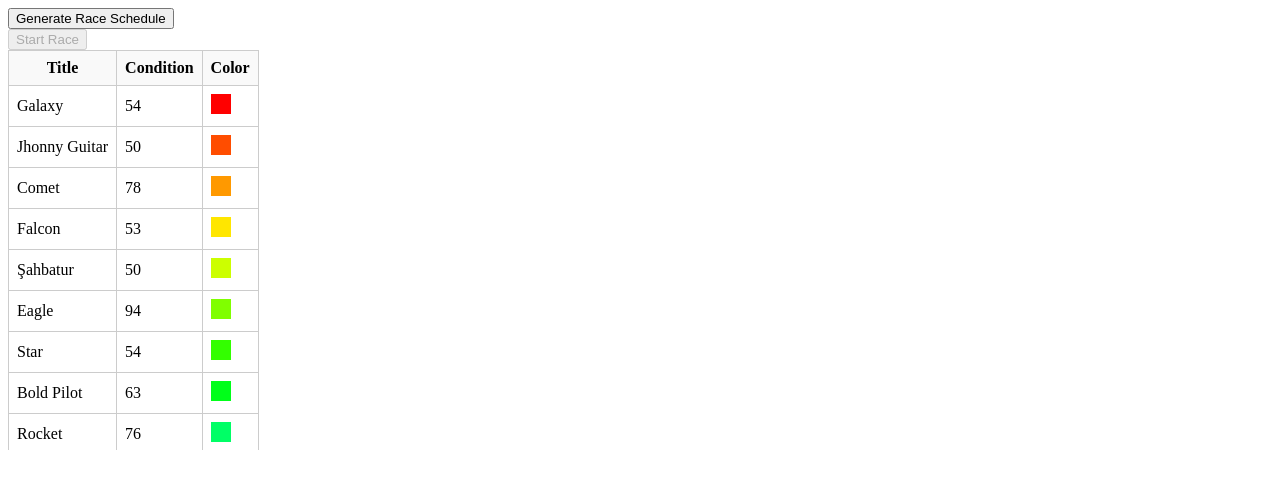
Repository: akinankarali/horse-racing-game
Page: /
An editor plug-in stored every save of this project. The page is shown before and after the next save, followed by the edit.
The browser window is 1280 px wide. The pictures show the whole page.
The project was rebuilt for these pictures with package versions that can differ from the ones it lists, and the page was loaded fresh each time. The framework's server and built-in components were replaced by stand-ins that run in the browser. Also part of the build but not shown: nuxt.config.ts, components/Results.vue. Imported but missing from the stored project, and not drawn on this page: store/setting.

Above is the page before, as saved 2024-06-09 21:10:14.

### store/index.ts
import { MutationTree, ActionTree, GetterTree } from 'vuex';
import { Horse, RaceState } from './types';

const horseTitles = [
  'Şahbatur', 'Bold Pilot', 'Yavuzhan', 'Thunderbolt', 'Jhonny Guitar',
  'Murphy', 'Majesty', 'Comet', 'Star', 'Galaxy',
  'Nova', 'Meteor', 'Phoenix', 'Pegasus', 'Ranger',
  'Rocket', 'Sparrow', 'Eagle', 'Falcon', 'Mustang'
];

export const state = (): RaceState => ({
  horses: [],
  selectedHorses: [[], [], [], [], [], []],
  raceSchedule: [1200, 1400, 1600, 1800, 2000, 2200],
  raceResults: [],
  currentRound: 0,
});

export const getters: GetterTree<RaceState, RaceState> = {
  allHorses: state => state.horses,
  raceResults: state => state.raceResults,
  selectedHorses: state => state.selectedHorses,
  currentRound: state => state.currentRound,
  raceSchedule: state => state.raceSchedule,
};

export const mutations: MutationTree<RaceState> = {
  SET_HORSES(state: RaceState, horses: Horse[]) {
    state.horses = horses;
  },
  SET_SELECTED_HORSES(state: RaceState, horses: Horse[][]) {
    state.selectedHorses = horses;
  },
  ADD_RACE_RESULT(state: RaceState, result: string) {
    state.raceResults.push(result);
  },
  RESET_RACE_RESULTS(state: RaceState) {
    state.raceResults = [];
  },
  UPDATE_HORSE_CONDITION(state: RaceState, updatedHorse: Horse) {
    const horse = state.horses.find(h => h.id === updatedHorse.id);
    if (horse) {
      horse.condition = updatedHorse.condition;
    }
  },
  UpdateCurrentRound(state: RaceState, round: number) {
    state.currentRound = round;
  },

};

export const actions: ActionTree<RaceState, RaceState> = {
  generateHorses({ commit }) {
    const shuffledTitles = horseTitles.sort(() => Math.random() - 0.5);

    const horses: Horse[] = Array.from({ length: 20 }, (_, i) => {
      const hue = (i * 18) % 360;
      const condition = Math.floor(Math.random() * 100) + 1;

      return {
        id: i + 1,
        title: shuffledTitles[i],
        color: `hsl(${hue}, 100%, 50%)`,
        condition: condition < 50 ? 50 : condition,
        position: 0
      };
    });

    commit('SET_HORSES', horses);
  },
  generateRaceSchedule({ commit, state }) {

    const shuffleArray = (array: any[]) => {
      for (let i = array.length - 1; i > 0; i--) {
        const j = Math.floor(Math.random() * (i + 1));
        [array[i], array[j]] = [array[j], array[i]];
      }
      return array;
    };

    const raceRounds: Horse[][] = [];

    for (let roundIndex = 0; roundIndex < 6; roundIndex++) {
      const roundHorses = [];
      const availableHorses = [...state.horses];
      for (let i = 0; i < 10; i++) {
        const randomIndex = Math.floor(Math.random() * availableHorses.length);
        const selectedHorse = availableHorses[randomIndex];

        roundHorses.push(selectedHorse);
        availableHorses.splice(randomIndex, 1);
      }

      raceRounds.push(shuffleArray(roundHorses));
    }

    commit('SET_SELECTED_HORSES', raceRounds);
  },

  async startRace({ commit, state }) {
    commit('RESET_RACE_RESULTS');

    for (let roundIndex = 0; roundIndex < 6; roundIndex++) {
      const distance = state.raceSchedule[roundIndex];
      const roundHorses = state.selectedHorses[roundIndex].map(horse => ({ ...horse }));

      for (let second = 0; second < (6 + roundIndex); second++) {
        await new Promise(resolve => setTimeout(resolve, 1000));

        roundHorses.forEach(horse => {
          horse.condition -= Math.floor(Math.random() * 5) + 1;
          if (horse.condition < 0) {
            horse.condition = 0;
          }
          commit('UPDATE_HORSE_CONDITION', horse);
        });

        const runResult = {
          distance,
          horses: roundHorses.map(horse => ({
            id: horse.id,
            title: horse.title,
            condition: horse.condition,
          })),
        };

        commit('ADD_RACE_RESULT', runResult);
      }

      const winner = roundHorses.reduce((prev, current) => (prev.condition > current.condition) ? prev : current);
      const winnerResult = `${roundIndex + 1 }: ${winner.title} (${winner.condition})`;

      commit('ADD_RACE_RESULT', {
        distance,
        horses: roundHorses,
        winnerResult,
      });
    }
  },
};

### store/types.ts
export interface Horse {
    id: number;
    title: string;
    color: string;
    condition: number;
    position?: number ;
  }

  export interface RaceState {
    horses: Horse[];
    selectedHorses: Horse[][];
    raceSchedule: number[];
    raceResults: string[];
    currentRound: number;
  }

### pages/index.vue
<template>
  <div class="horse-racing-day">
    <div class="racing-wrapper">
      <div class="information-section">
        <Race />
      </div>

      <div class="race-board-section">
        <h4 v-if="selectedHorses[currentRound].length">
          Round {{ currentRound + 1 }} - {{ raceSchedule[currentRound] }}m
        </h4>
        <RaceBoard />
      </div>
    </div>

    <div class="result-section">
      <Results v-if="selectedHorses[currentRound].length" />
    </div>
  </div>
</template>

<script lang="ts">
import Race from '../components/Race.vue';
import Results from '../components/Results.vue';
import RaceBoard from '../components/RaceBoard.vue';

import { mapGetters } from 'vuex';

export default {
  name: 'Home',
  components: {
    Race,
    Results,
    RaceBoard,
  },

  computed: {
    ...mapGetters({
      currentRound: 'currentRound',
      selectedHorses: 'selectedHorses',
      raceSchedule: 'raceSchedule',
    }),
  },
};
</script>

<style scoped lang="scss">
.horse-racing-day {
  display: flex;
  flex-direction: column;

  .racing-wrapper {
    display: flex;
    margin-bottom: 20px;
    gap: 20px;

    .race-board-section {
      flex: 1;
    }
  }
}
</style>

### components/Race.vue
<template>
  <div>
    <div class="race-buttons">
      <Button
        title="Generate Race Schedule"
        @action="generateRaceScheduleMethod"
      />
      <Button title="Start Race" @action="startRace" :disabled="isDisabled" />
    </div>
    <div class="horse-list">
      <HorseTable />
    </div>
  </div>
</template>

<script lang="ts">
import { mapActions, mapGetters } from 'vuex';
import HorseTable from './HorseTable.vue';
import Button from '../components/Button.vue';

export default {
  components: {
    HorseTable,
    Button,
  },
  data() {
    return {
      isDisabled: true,
    };
  },
  computed: {
    ...mapGetters({
      allHorses: 'allHorses',
      raceResults: 'raceResults',
      selectedHorses: 'selectedHorses',
    }),
  },
  methods: {
    ...mapActions({
      generateHorses: 'generateHorses',
      generateRaceSchedule: 'generateRaceSchedule',
      startRace: 'startRace',
    }),

    generateRaceScheduleMethod() {
      this.isDisabled = false;
      this.generateRaceSchedule();
    },
  },
  mounted() {
    this.generateHorses();
  },
};
</script>

<style scoped lang="scss">
.horse-list {
  max-width: 300px;
  max-height: 400px;
  height: 100%;
  overflow: scroll;
}
</style>

### components/RaceBoard.vue
<template>
  <div class="race-board" v-if="selectedHorses[currentRound].length">
    <div
      v-for="horse in selectedHorses[currentRound]"
      :key="horse.id"
      class="horse"
      :style="{ transform: `translateX(${horse.position * 10}px)` }"
    >
      {{ horse.title }}
      <img
        class="horse-img"
        src="../assets/horse.svg"
        alt=""
        :style="{ filter: horse.filter }"
      />
    </div>
  </div>
</template>

<script lang="ts">
import { mapGetters } from 'vuex';

export default {
  name: 'RaceBoard',
  computed: {
    ...mapGetters({
      selectedHorses: 'selectedHorses',
      currentRound: 'currentRound',
    }),
  },
};
</script>

<style scoped>
.race-board {
  width: 100%;
  height: 100%;
  max-height: 89%;
  border: 1px solid #ccc;
  overflow: hidden;
}

.horse-img {
  -webkit-transform: scaleX(-1);
  transform: scaleX(-1);
  width: 24px;
  height: 24px;
}

.horse {
  display: flex;
  flex-direction: column;
  border-bottom: 1px solid #ccc;
  padding: 4px;
  position: relative;
}
</style>

### components/HorseTable.vue
<template>
  <table>
    <thead>
      <tr>
        <th>Title</th>
        <th>Condition</th>
        <th>Color</th>
      </tr>
    </thead>
    <tbody>
      <tr v-for="horse in allHorses" :key="horse.id">
        <td>{{ horse.title }}</td>
        <td>{{ horse.condition }}</td>
        <td>
          <div
            :style="{
              backgroundColor: horse.color,
              width: '20px',
              height: '20px',
            }"
          ></div>
        </td>
      </tr>
    </tbody>
  </table>
</template>

<script lang="ts">
import { mapGetters } from 'vuex';

export default {
  name: 'HorseTable',
  computed: {
    ...mapGetters({
      allHorses: 'allHorses',
    }),
  },
};
</script>

<style scoped>
table {
  width: 100%;
  border-collapse: collapse;
}

th,
td {
  padding: 8px;
  border: 1px solid #ccc;
}

th {
  background-color: #f9f9f9;
}

div {
  display: inline-block;
}
</style>

### components/Button.vue
<template>
  <div>
    <button :disabled="disabled" @click="handleAction">{{ title }}</button>
  </div>
</template>

<script lang="ts">
export default {
  props: {
    title: {
      type: String,
      required: true,
    },
    disabled: {
      type: Boolean,
      default: false,
    },
  },
  methods: {
    handleAction() {
      this.$emit('action');
    },
  },
};
</script>

After the next save:
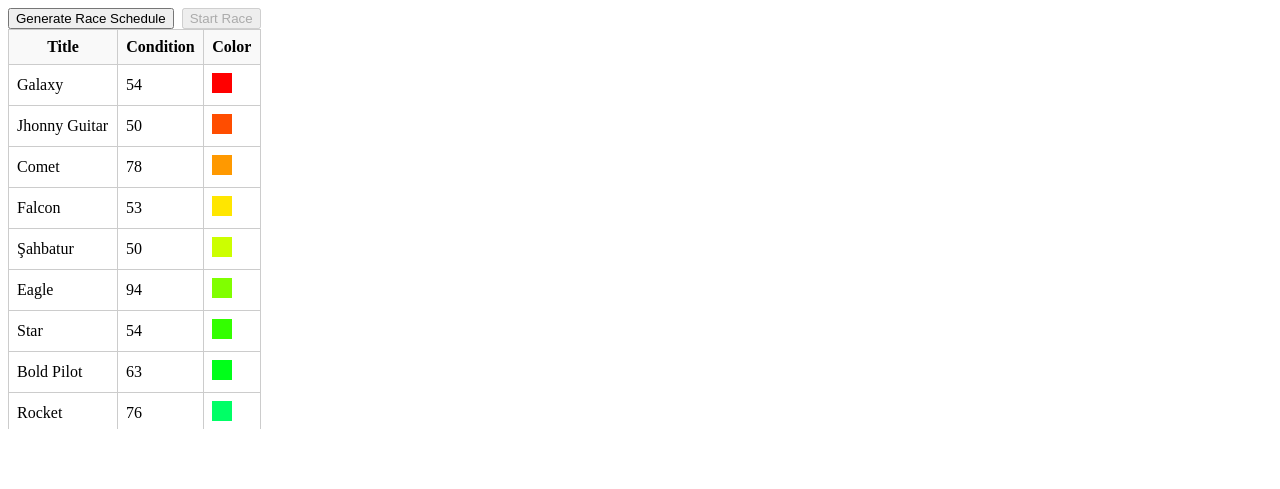
Saved 19 s later.
--- a/components/Race.vue
+++ b/components/Race.vue
@@ -60,4 +60,8 @@ export default {
   height: 100%;
   overflow: scroll;
 }
+.race-buttons {
+  display: flex;
+  gap: 8px;
+}
 </style>
